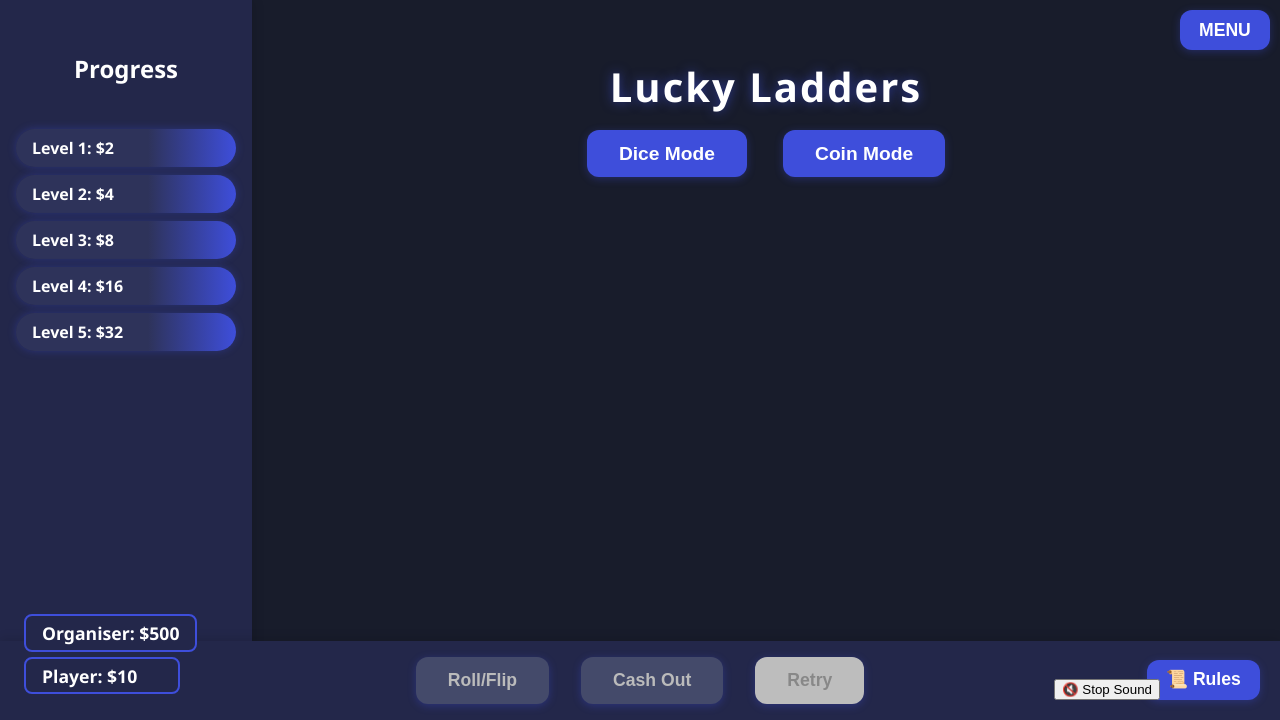
Repository: DrFez/luckyladders
Page: index.html
These files come from the project's save history. The page is drawn as it stood at one moment and after the next save; the edit follows.
The browser window is 1280 px wide. The pictures show the whole page.

Above is the page before, as saved 2025-07-23 22:04:38.

After the next save:
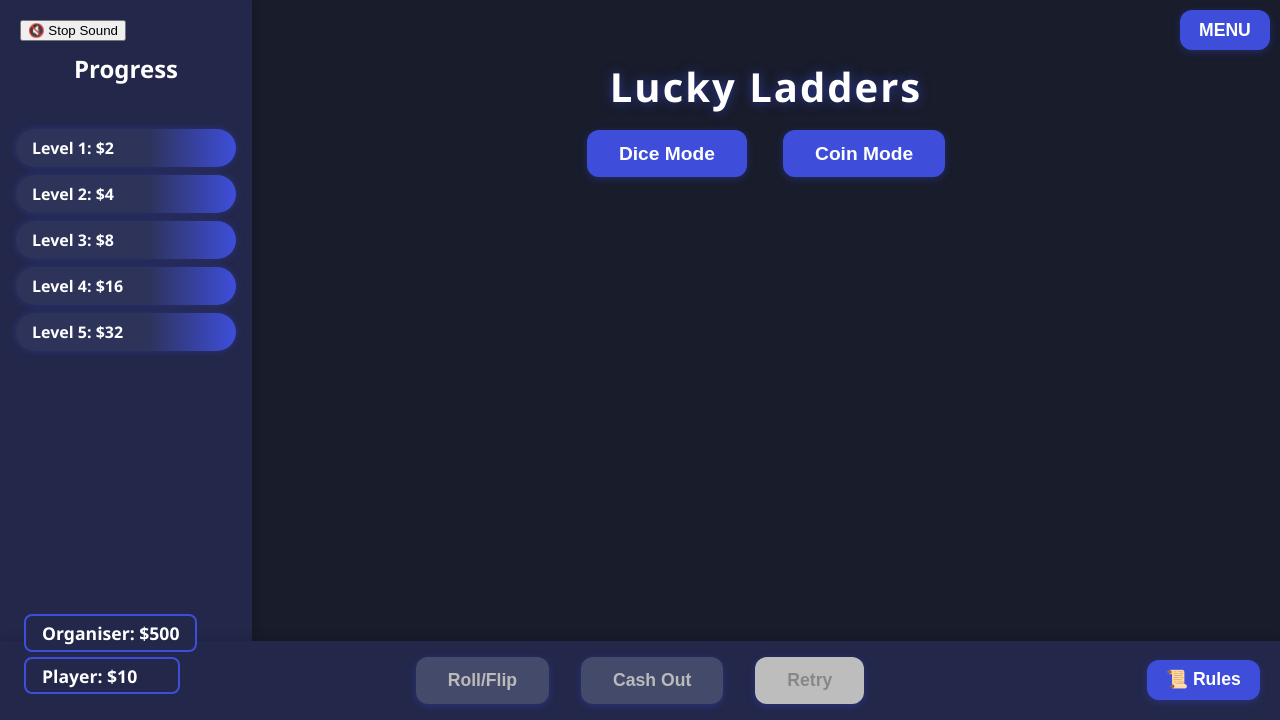
Saved 19 s later.
--- a/index.html
+++ b/index.html
@@ -69,7 +69,7 @@
         </div>
     </div>
     <button id="rulesBtn" style="position:fixed;bottom:20px;right:20px;z-index:2000;">📜 Rules</button>
-    <button id="stopMusicBtn" style="position:fixed;bottom:20px;right:120px;z-index:2000;">🔇 Stop Sound</button>
+    <button id="stopMusicBtn" style="position:fixed;top:20px;left:20px;z-index:2000;">🔇 Stop Sound</button>
     <div id="rulesModal" class="hidden">
         <div style="background:#23274a;padding:2rem 1.5rem;border-radius:16px;box-shadow:0 0 24px #3e4edb99;position:fixed;top:50px;left:50%;transform:translateX(-50%);z-index:2001;min-width:320px;max-width:95vw;max-height:80vh;overflow-y:auto;">
             <h2 style="color:#ffeb3b;">How to Play Lucky Ladders</h2>
